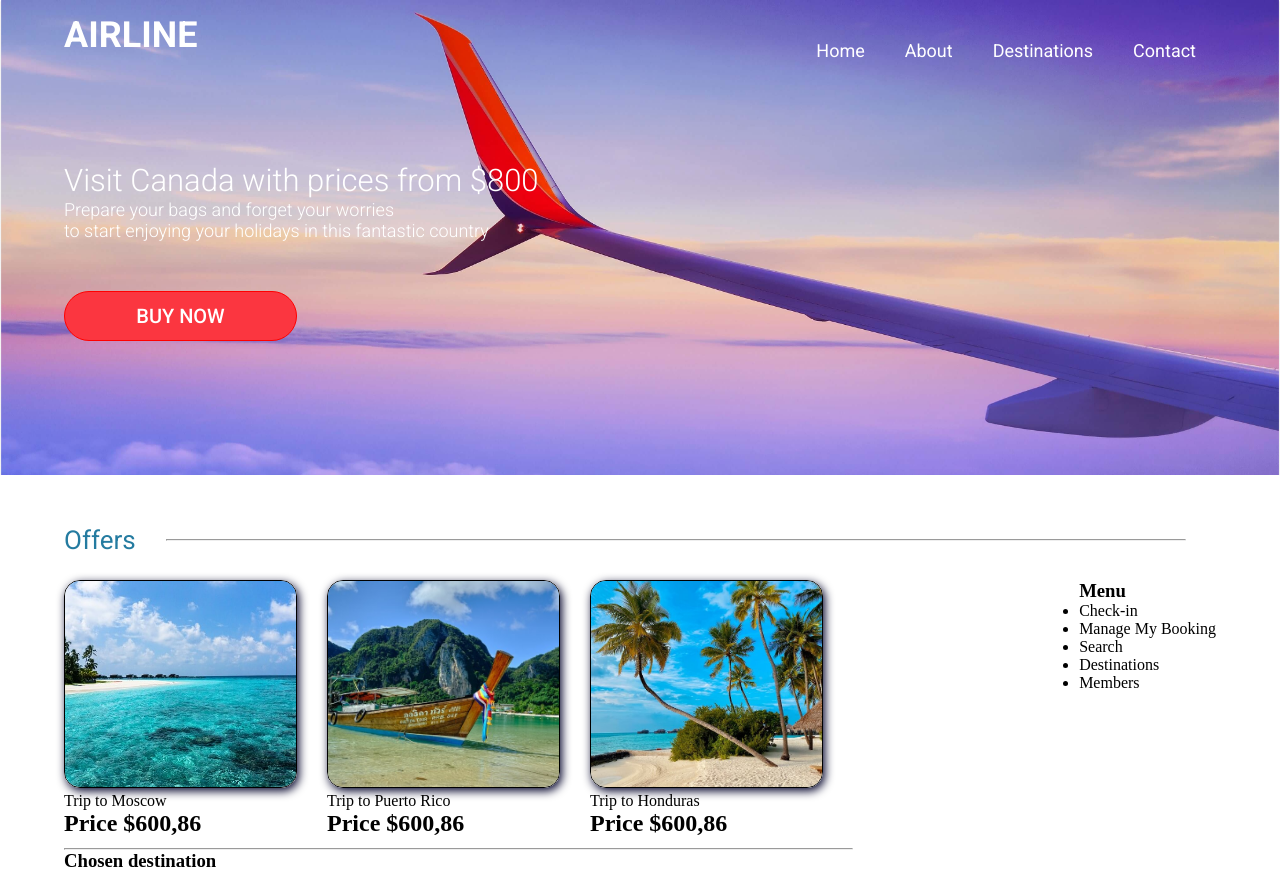
Repository: Cherced/AIRLINES
Page: /
These files come from the project's save history. The page is drawn as it stood at one moment and after the next save; the edit follows.
The browser window is 1280 px wide. The pictures show the whole page.
The project was rebuilt for these pictures with package versions that can differ from the ones it lists, and the page was loaded fresh each time. The framework's server and built-in components were replaced by stand-ins that run in the browser. Also part of the build but not shown: components/atoms/Footer/SocialMedia.jsx, components/atoms/Footer/MoreToUs.jsx, components/molecules/Footer.jsx.

Above is the page before, as saved 2022-06-30 14:29:22.

After the next save:
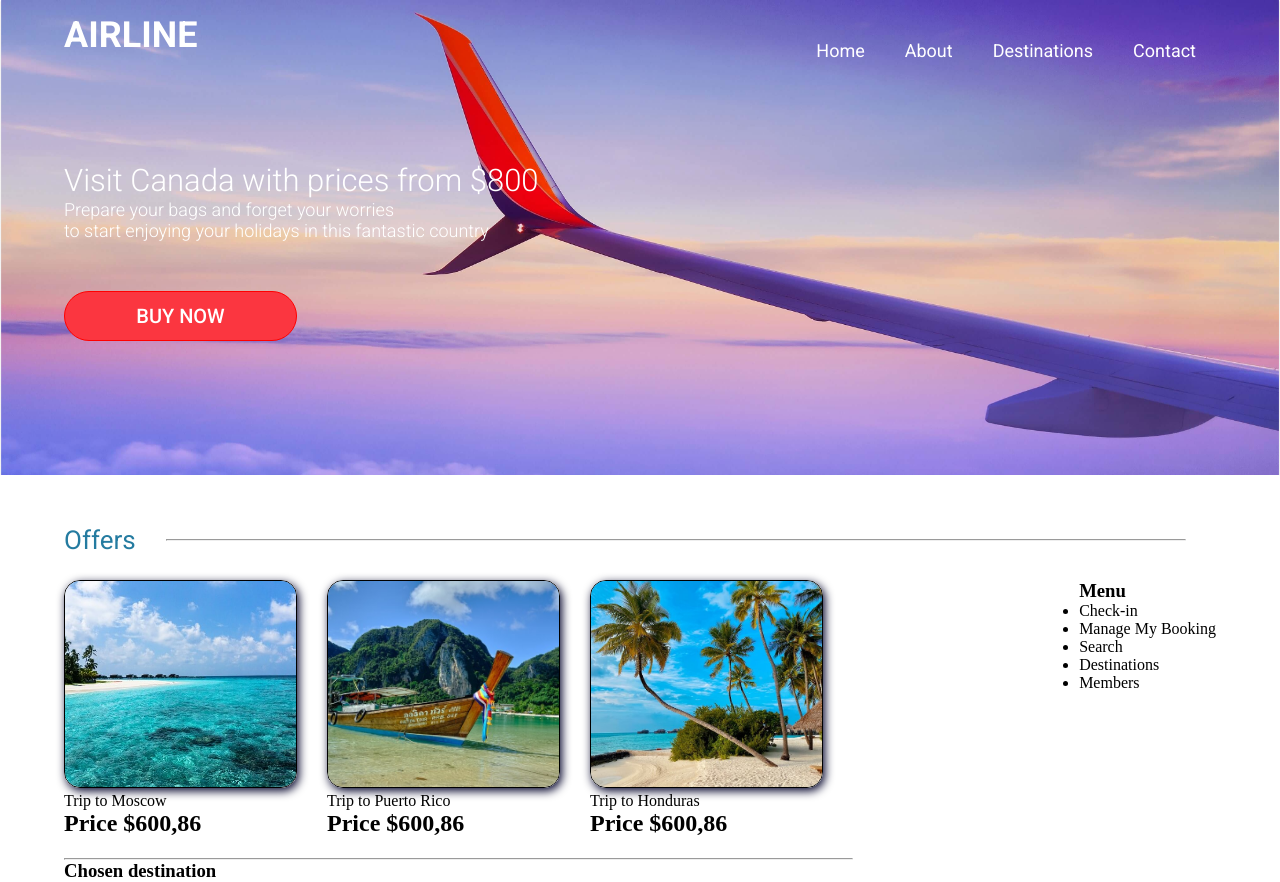
Saved 15 s later.
--- a/sass/Elements/_offerts.scss
+++ b/sass/Elements/_offerts.scss
@@ -36,7 +36,7 @@
         .offers-BoxModel-Content {
             .promotional-Cards--Container {
                 display: flex;
-                margin-bottom: 60px;
+                margin-bottom: 70px;
 
                 .promotionalCard {
                     width: 233px;
